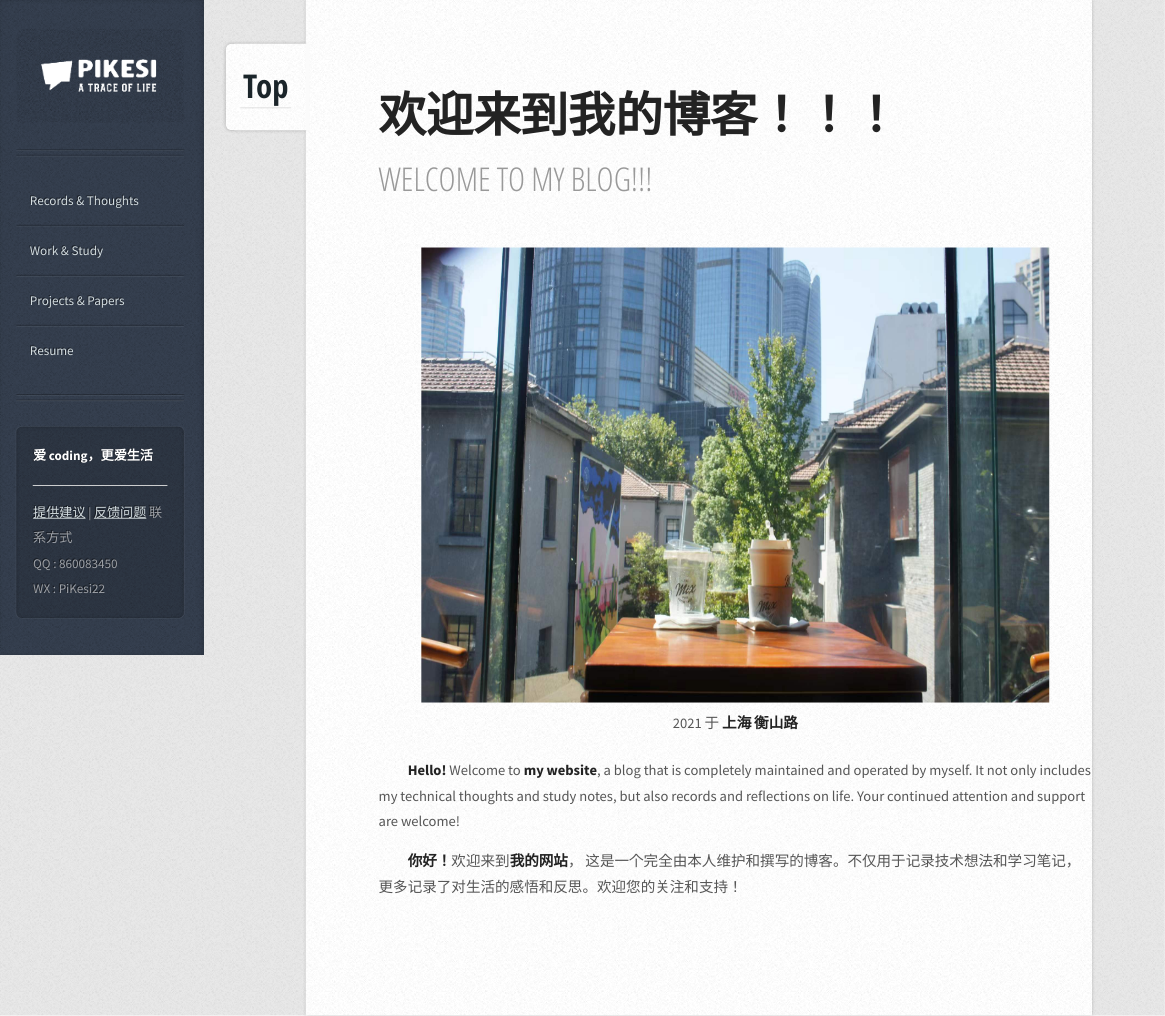
Repository: PiKesi522/PiKesi522.github.io
Page: index.html
The author's editor kept a copy of each file at every save. The page is drawn from the files as they stood at one save, then again after the next save.
The browser window is 1280 px wide. The pictures show the whole page, at 91% of full size.

Above is the page before, as saved 2023-04-11 14:31:43.

### index.html
<!DOCTYPE HTML>
<!--
	Striped by HTML5 UP
	html5up.net | @ajlkn
	Free for personal and commercial use under the CCA 3.0 license (html5up.net/license)
-->
<html>

<head>
	<title>PiKesi's Home on the Internet</title>
	<meta charset="utf-8" />
	<meta name="viewport" content="width=device-width, initial-scale=1, user-scalable=no" />
	<link rel="stylesheet" href="assets/css/main.css" />
</head>

<body class="is-preload">

	<!-- Content -->
	<div id="content">
		<div class="inner">

			<!-- 我的第一个博客 -->
			<article class="box post post-excerpt">
				<header>
					<!--
						Note: Titles and subtitles will wrap automatically when necessary, so don't worry
						if they get too long. You can also remove the <p> entirely if you don't
						need a subtitle.
								-->
					<h2>欢迎来到我的博客！！！</h2>
					<p>WELCOME TO MY BLOG!!!</p>
				</header>
				<div class="info">
					<!--
									Note: The date should be formatted exactly as it's shown below. In particular, the
									"least significant" characters of the month should be encapsulated in a <span>
									element to denote what gets dropped in 1200px mode (eg. the "uary" in "January").
									Oh, and if you don't need a date for a particular page or post you can simply delete
									the entire "date" element.

								-->
					<span class="date">
						<span class="day">Top</span>
					</span>

				</div>
				<a class="image featured">
					<img width="1000px" height="500px" src="markdown/MainPage/head.jpg" alt="" />
				</a>
				<div style="text-align: center; margin: 0 0 1.5em 0;">2021 于 <strong>上海 衡山路</strong></div>
				<div style=" text-indent:2em">
					<strong>Hello!</strong> Welcome to <strong> my website</strong>,
					a blog that is completely maintained and operated by myself.
					It not only includes my technical thoughts and study notes,
					but also records and reflections on life.
					Your continued attention and support are welcome!
					<br>
				</div>
				<div style=" text-indent:2em; margin-top: 1em;">
					<strong>你好！</strong>欢迎来到<strong>我的网站</strong>，
					这是一个完全由本人维护和撰写的博客。不仅用于记录技术想法和学习笔记，
					更多记录了对生活的感悟和反思。欢迎您的关注和支持！
					<br>
				</div>
			</article>
		</div>
	</div>

	<!-- Sidebar -->
	<div id="sidebar">

		<!-- Logo -->
		<h1 id="logo">
			<a href="index.html">
				<img style="width: 100%;" src="assets/images/head.png" alt="Avator">
				<!-- <div style="margin: 0.5em 0 0 0;">
					PiKesi
				</div> -->
			</a>
		</h1>


		<!-- Nav -->
		<nav id="nav">
			<ul>
				<li><a href="life.html">Records & Thoughts</a></li>
				<li><a href="note.html">Work & Study</a></li>
				<li><a href="projects.html">Projects & Papers</a></li>
				<li><a href="resume.html">Resume</a></li>
				<!-- <li><a href="#">Contact Me</a></li> -->
			</ul>
		</nav>

		<!-- Text -->
		<section class="box text-style1">
			<div class="inner">
				<p>
					<strong> 爱 coding，更爱生活</strong>
					<hr>
					<a href="https://github.com/PiKesi522/PiKesi522.github.io/issues">提供建议</a> |
					<a href="https://github.com/PiKesi522/PiKesi522.github.io/issues">反馈问题</a>
					联系方式
					<br />
					QQ : 860083450
					<br />
					WX : PiKesi22
				</p>
			</div>
		</section>
	</div>

	<!-- Scripts -->
	<script src="assets/js/jquery.min.js"></script>
	<script src="assets/js/browser.min.js"></script>
	<script src="assets/js/breakpoints.min.js"></script>
	<script src="assets/js/util.js"></script>
	<script src="assets/js/main.js"></script>

</body>

</html>

Loaded but not shown: assets/css/fontawesome-all.min.css (library); assets/js/jquery.min.js (library); assets/js/browser.min.js (common file); assets/js/breakpoints.min.js (common file); assets/js/util.js (587 lines, source omitted); assets/css/main.css (3019 lines, source omitted); public/assets/js/main.js (no copy from this time; the picture is the same without it)

After the next save:
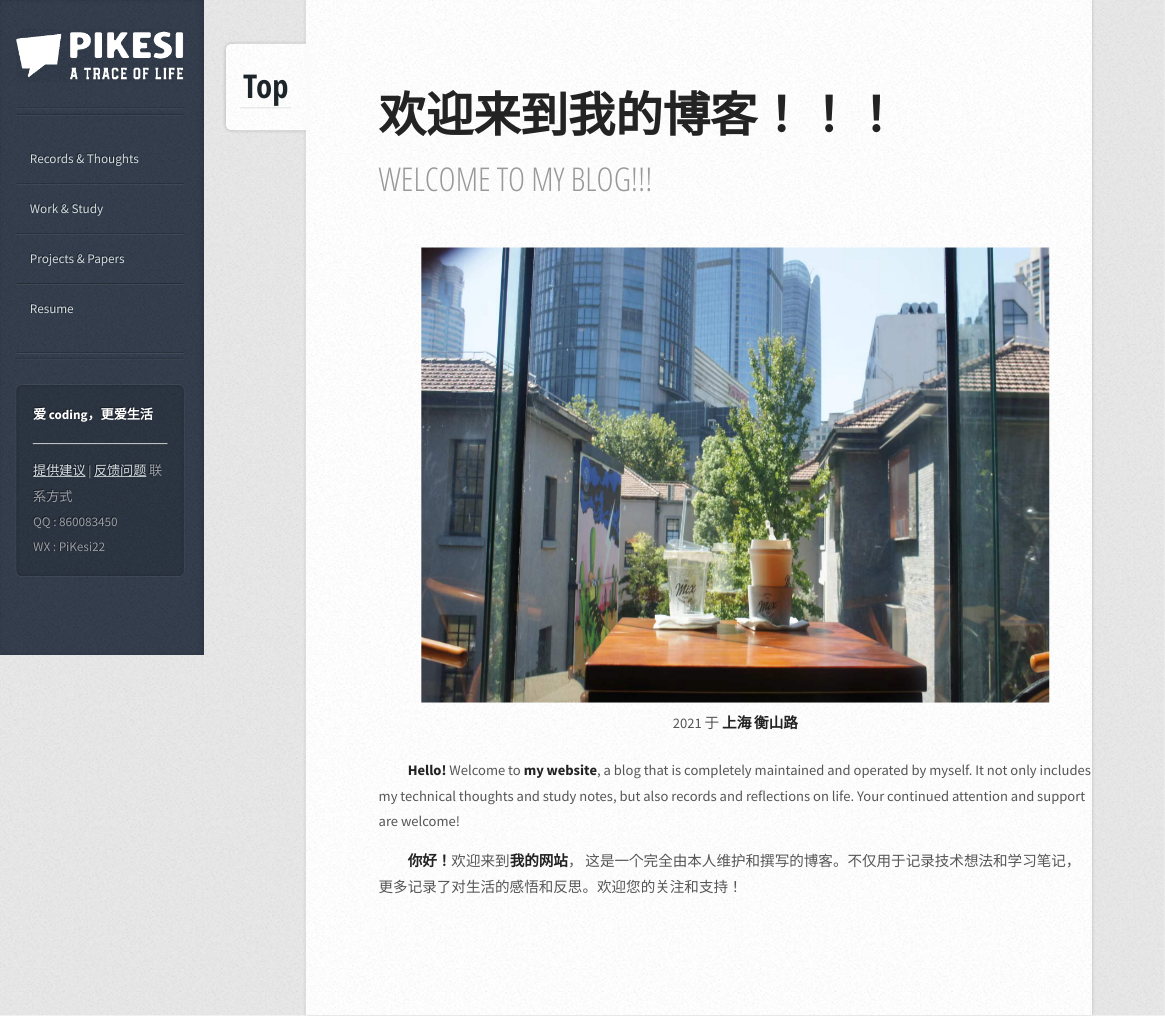
Saved 2 min 1 s later.
--- a/index.html
+++ b/index.html
@@ -72,7 +72,7 @@
 		<!-- Logo -->
 		<h1 id="logo">
 			<a href="index.html">
-				<img style="width: 100%;" src="assets/images/head.png" alt="Avator">
+				<img style="width: 100%;" src="assets/images/head1.png" alt="Avator">
 				<!-- <div style="margin: 0.5em 0 0 0;">
 					PiKesi
 				</div> -->
